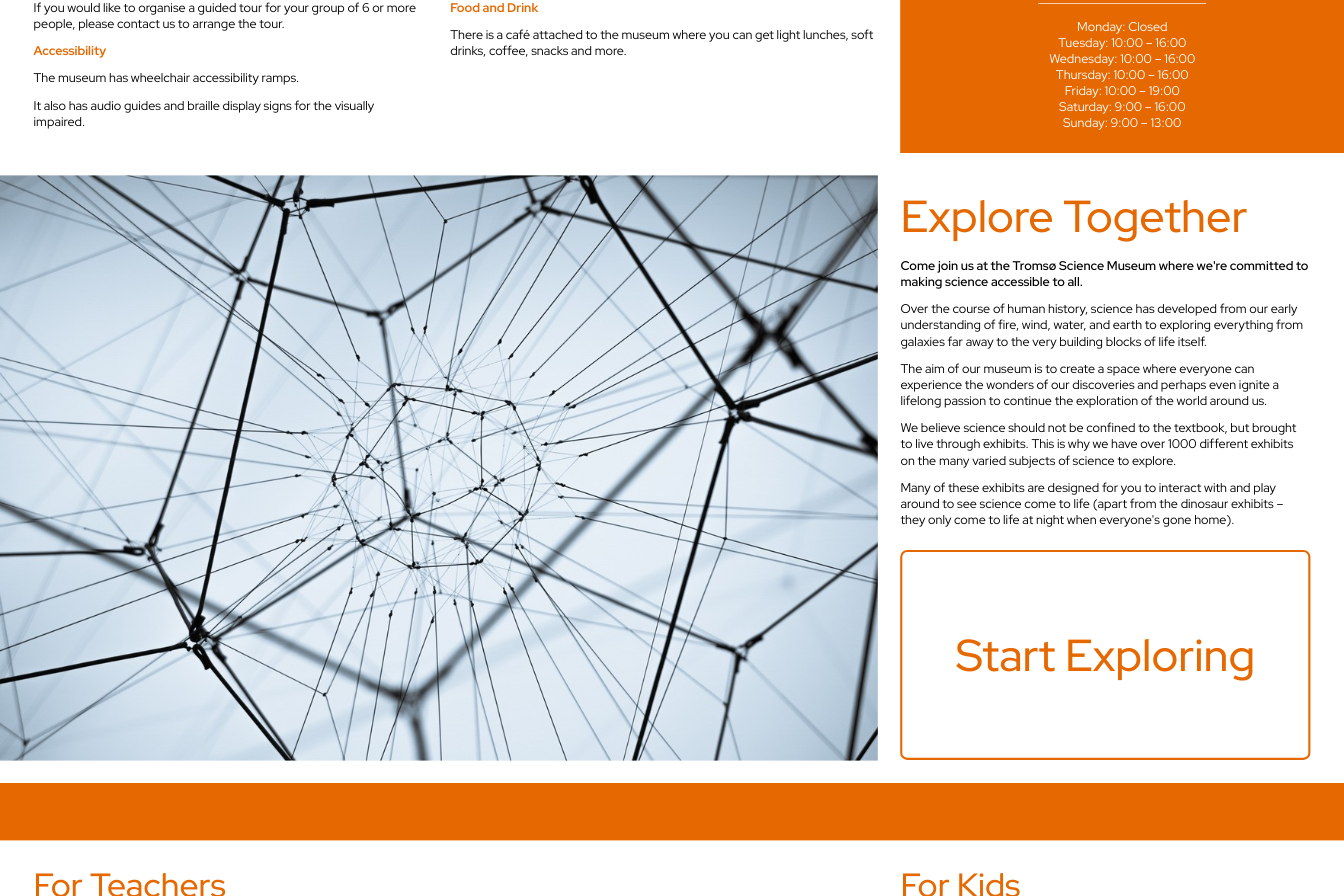
Repository: benjaminskarding/Semester-Project
Page: index.html
The author's editor kept a copy of each file at every save. The page is drawn from the files as they stood at one save, then again after the next save.
The browser window is 1920 px wide. The pictures show the part of the page from y = 1132 to 2412 px (the page is 5847 px tall before and 5789 px after), at 70% of full size.

Above is the page before, as saved 2023-12-19 03:49:44.

After the next save:
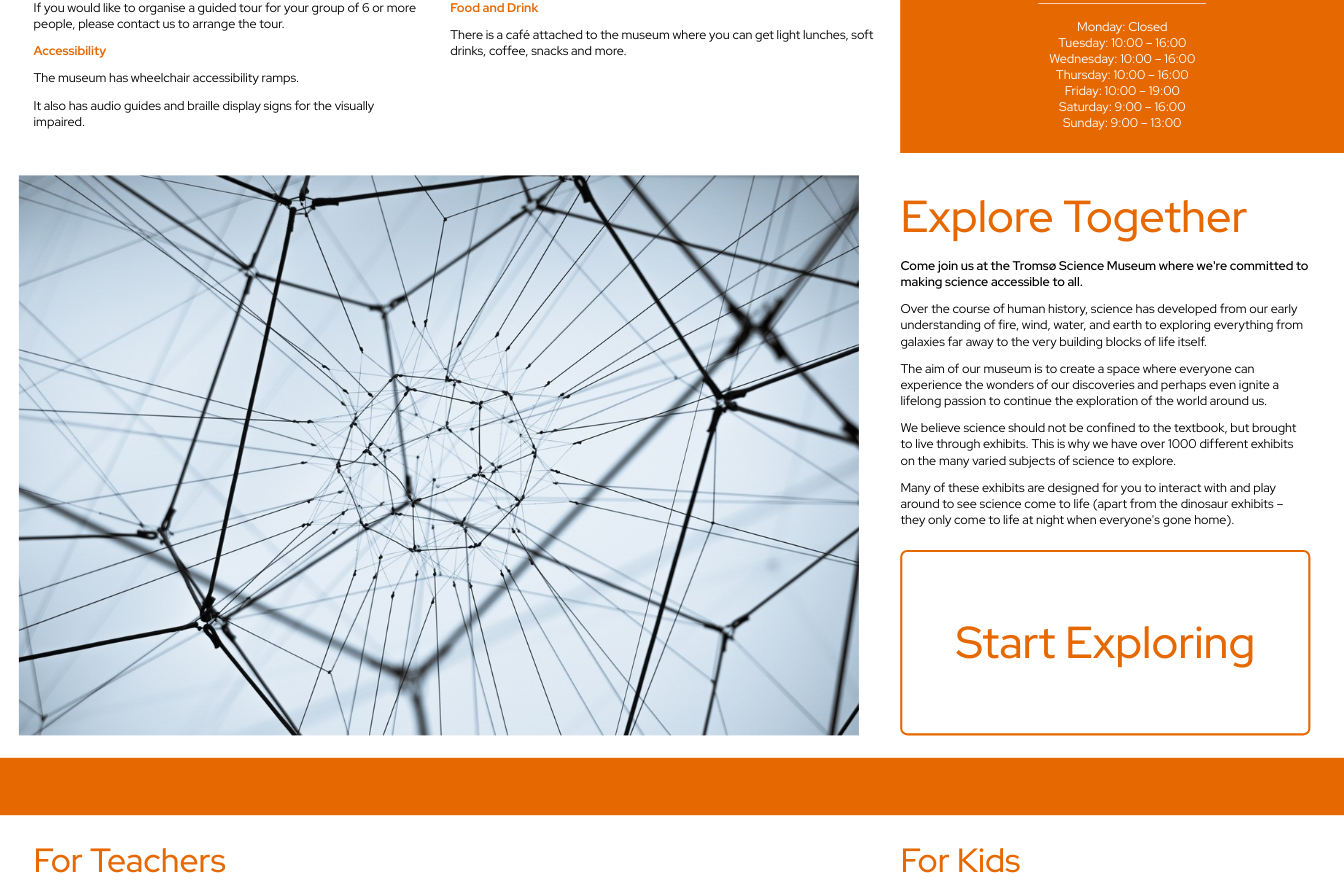
Saved 10 s later.
--- a/src/css/index.css
+++ b/src/css/index.css
@@ -417,7 +417,7 @@ h4 {
     }
 
     .image img {
-        max-width: 1920px;
+        max-width: 1200px;
     }
 }
 
